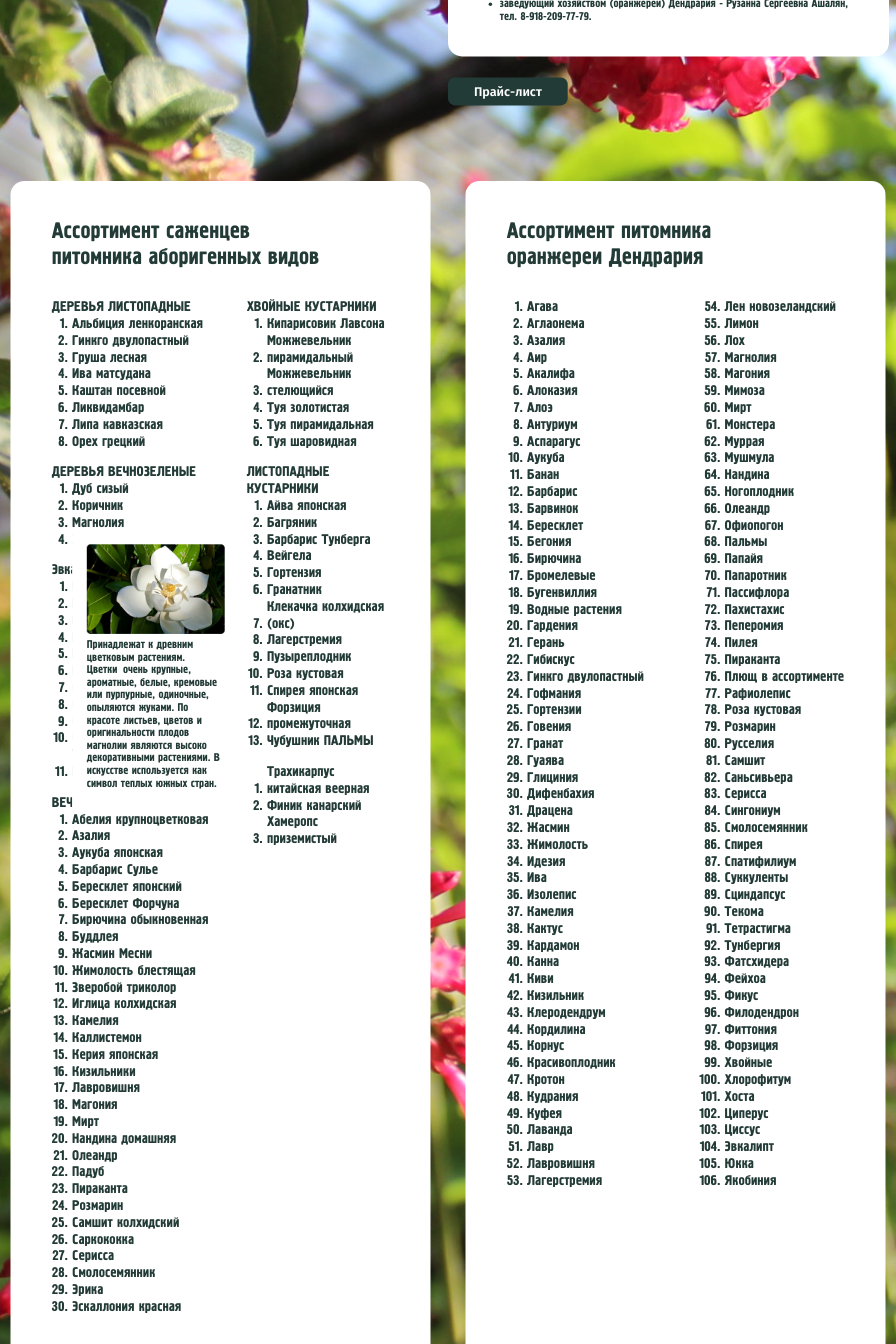
Repository: sem1103/np-sochi
Page: index.html
An editor plug-in stored every save of this project. The page is shown before and after the next save, followed by the edit.
The browser window is 1280 px wide. The pictures show the part of the page from y = 541 to 2461 px (the page is 2622 px tall), at 70% of full size.

Above is the page before, as saved 2024-01-17 22:45:17.

After the next save:
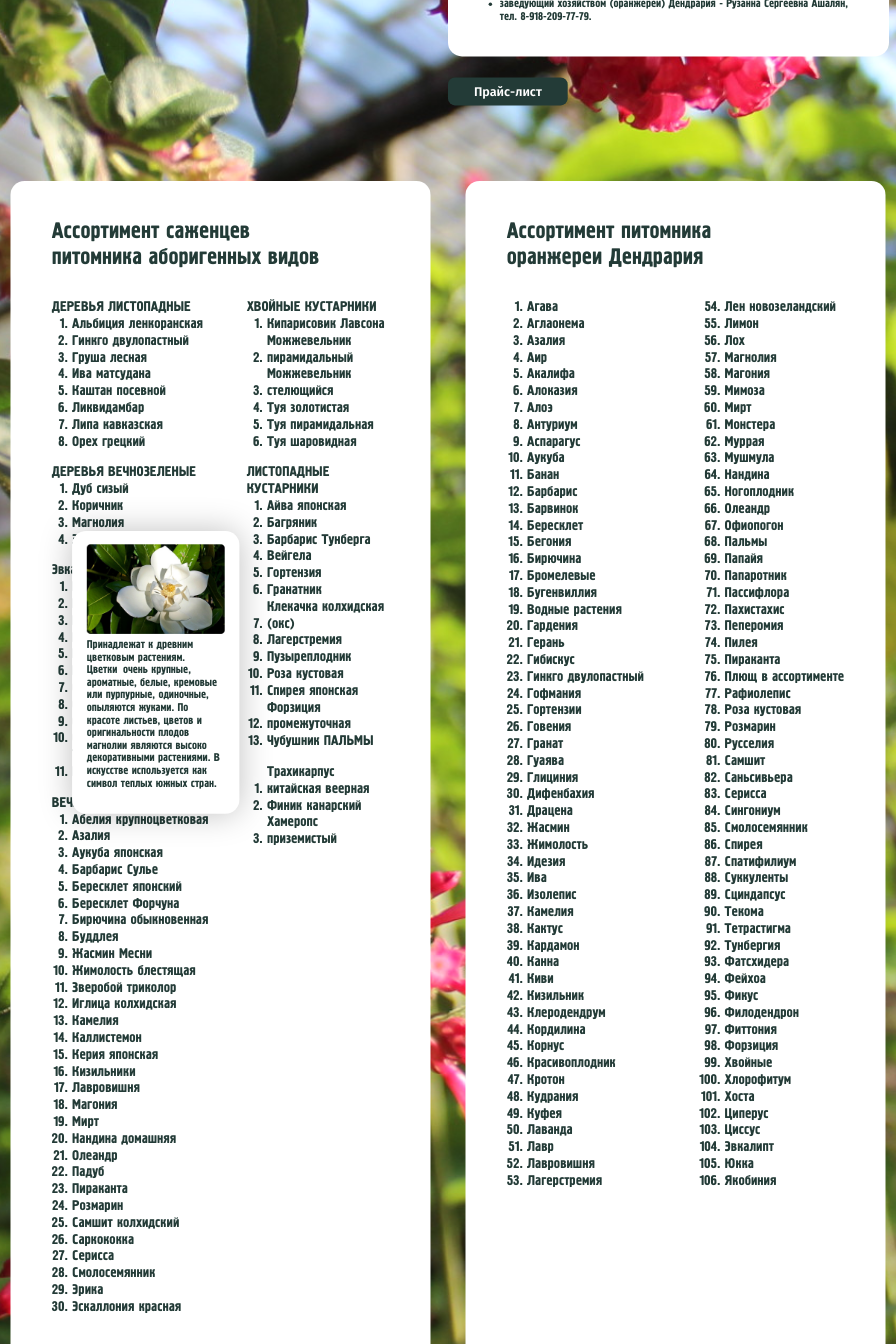
Saved 20 s later.
--- a/styles/main.css
+++ b/styles/main.css
@@ -104,6 +104,8 @@ ol button{
     z-index: 99;
     background: #fff;
     padding: 19px 21px 25px 21px;
+    border-radius: 20px;
+    box-shadow: 0px 0px 45px 0px #00000040;
 }
 
 
